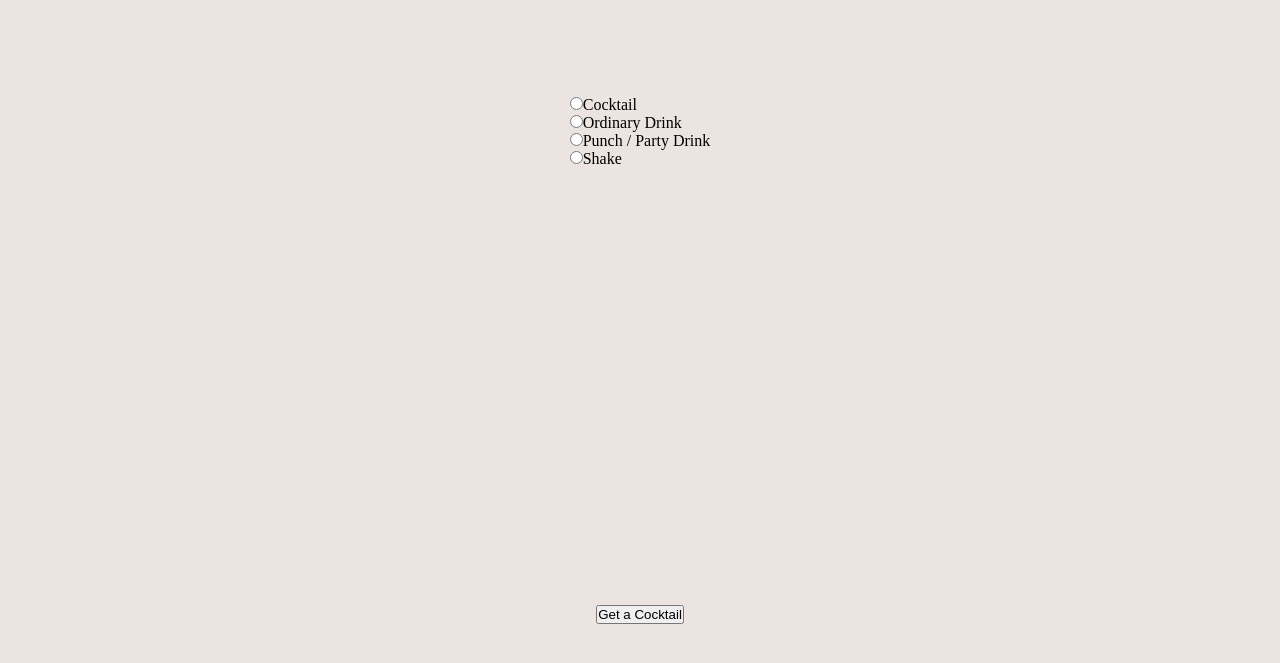
Repository: anagarango/DrinkUp
Page: /
An editor plug-in stored every save of this project. The page is shown before and after the next save, followed by the edit.
The browser window is 1280 px wide. The pictures show the whole page.
The project was rebuilt for these pictures with package versions that can differ from the ones it lists, and the page was loaded fresh each time. The framework's server and built-in components were replaced by stand-ins that run in the browser. Also part of the build but not shown: next.config.js, comps/button.js.

Above is the page before, as saved 2023-01-17 23:01:17.

After the next save:
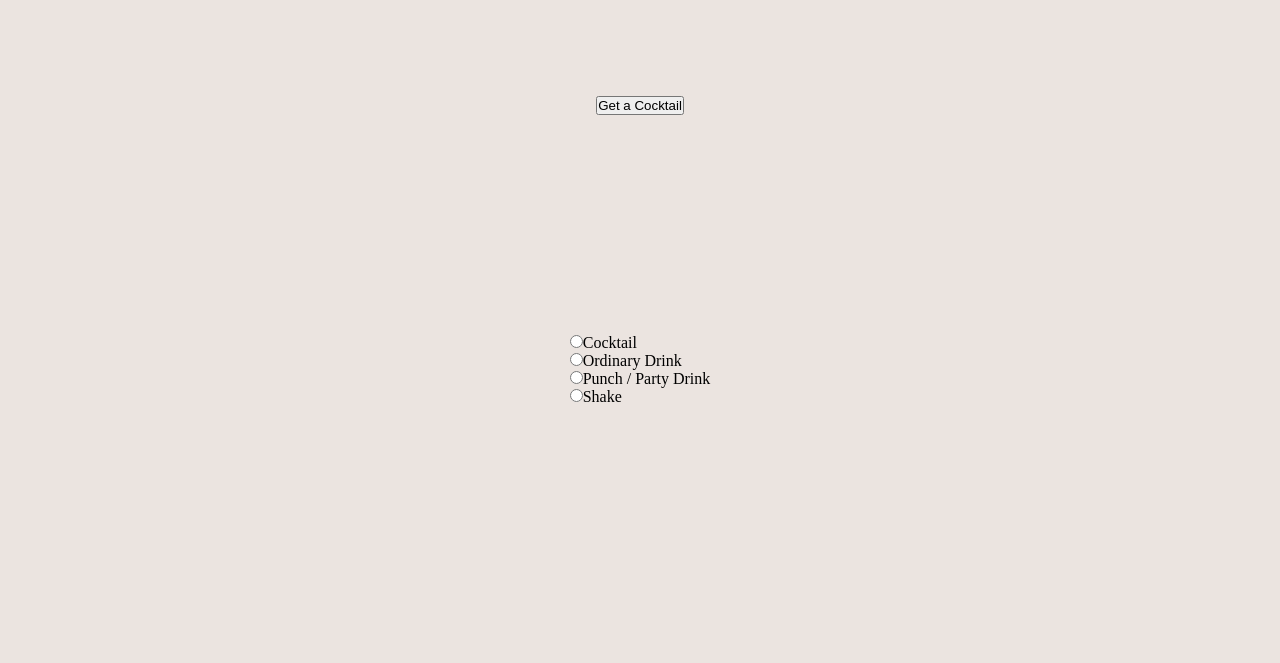
Saved 31 s later.
--- a/pages/index.js
+++ b/pages/index.js
@@ -83,6 +83,7 @@ export default function Home() {
         <link rel="icon" href="/favicon.ico" />
       </Head>
       <main className={styles.main}>
+      <button onClick={()=>GetCocktail()}>Get a Cocktail</button>
         <div>
           {listOfCategories.map((m)=>(
             <div>
@@ -104,7 +105,6 @@ export default function Home() {
             )
           )}
         </Container>
-        <button onClick={()=>GetCocktail()}>Get a Cocktail</button>
       </main>
     </>
   )
